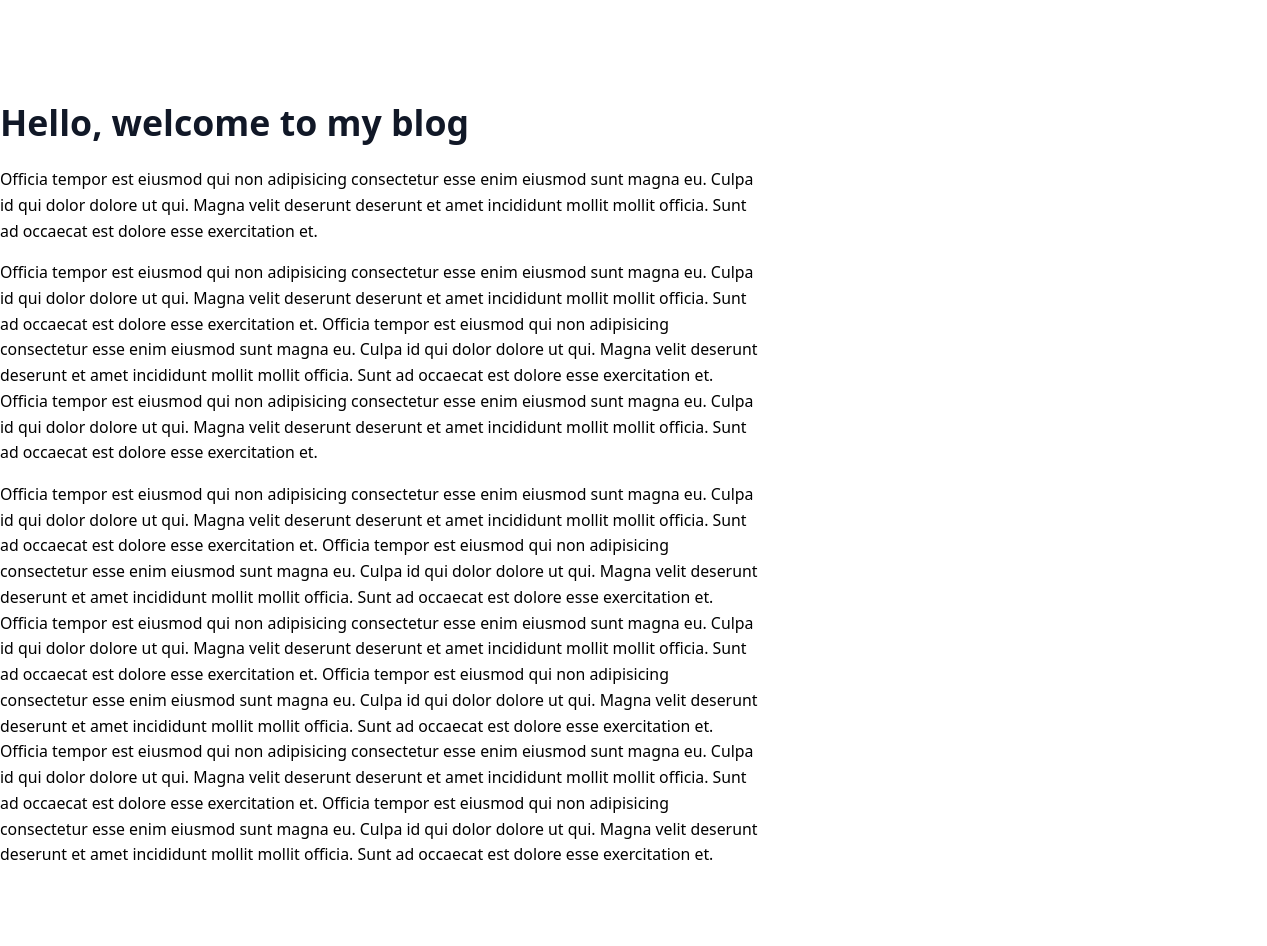
Repository: ymw0331/blog-mern-webapp
Page: / (app in client/)
These files come from the project's save history. The page is drawn as it stood at one moment and after the next save; the edit follows.
The browser window is 1280 px wide. The pictures show the whole page, at 99% of full size.
The project was rebuilt for these pictures with package versions that can differ from the ones it lists, and the page was loaded fresh each time.

Above is the page before, as saved 2022-12-10 19:30:29.

After the next save:
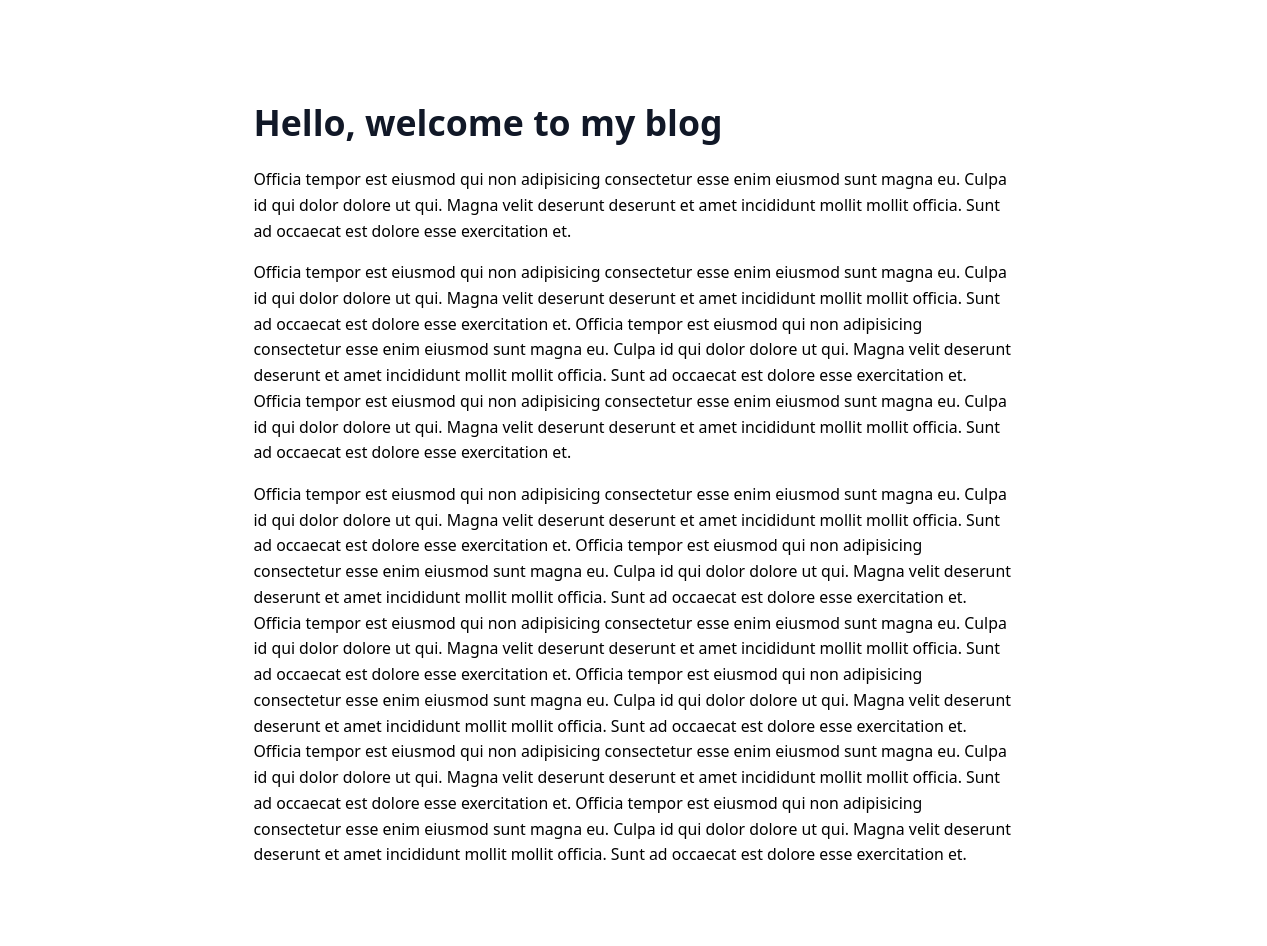
Saved 22 s later.
--- a/client/src/App.js
+++ b/client/src/App.js
@@ -2,7 +2,7 @@ import Home from './pages/Home';
 
 function App() {
   return (
-    <div className='max-w-screen-md max-auto pt-20'>
+    <div className='max-w-screen-md mx-auto pt-20'>
       <Home />
     </div>
   );
